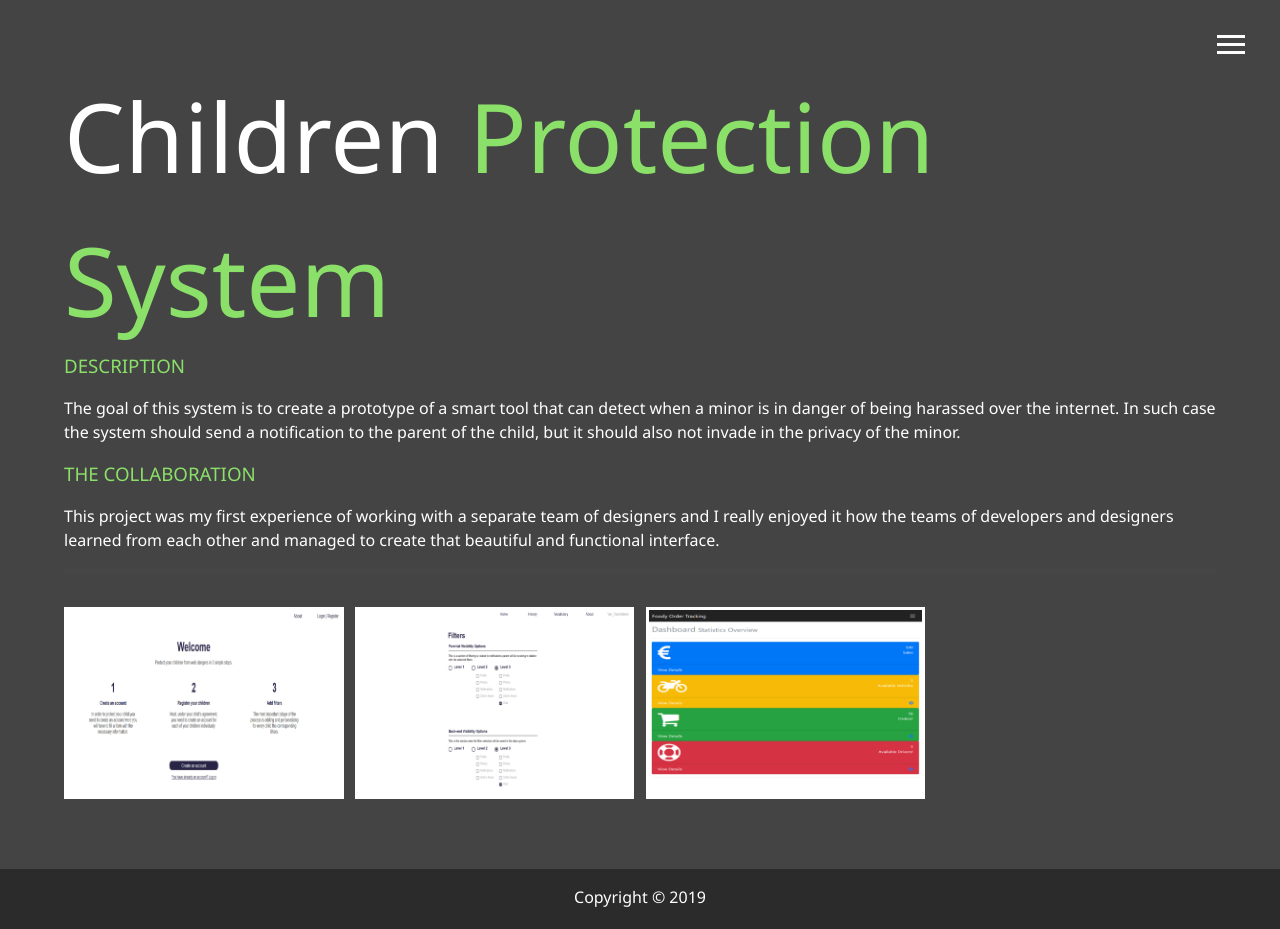
Repository: Preap/portfolio
Page: dist/projects/encase.html
The author's editor kept a copy of each file at every save. The page is drawn from the files as they stood at one save, then again after the next save.
The browser window is 1280 px wide. The pictures show the whole page.
Some web libraries are served in a nearby version.

Above is the page before, as saved 2019-06-06 02:21:49.

After the next save:
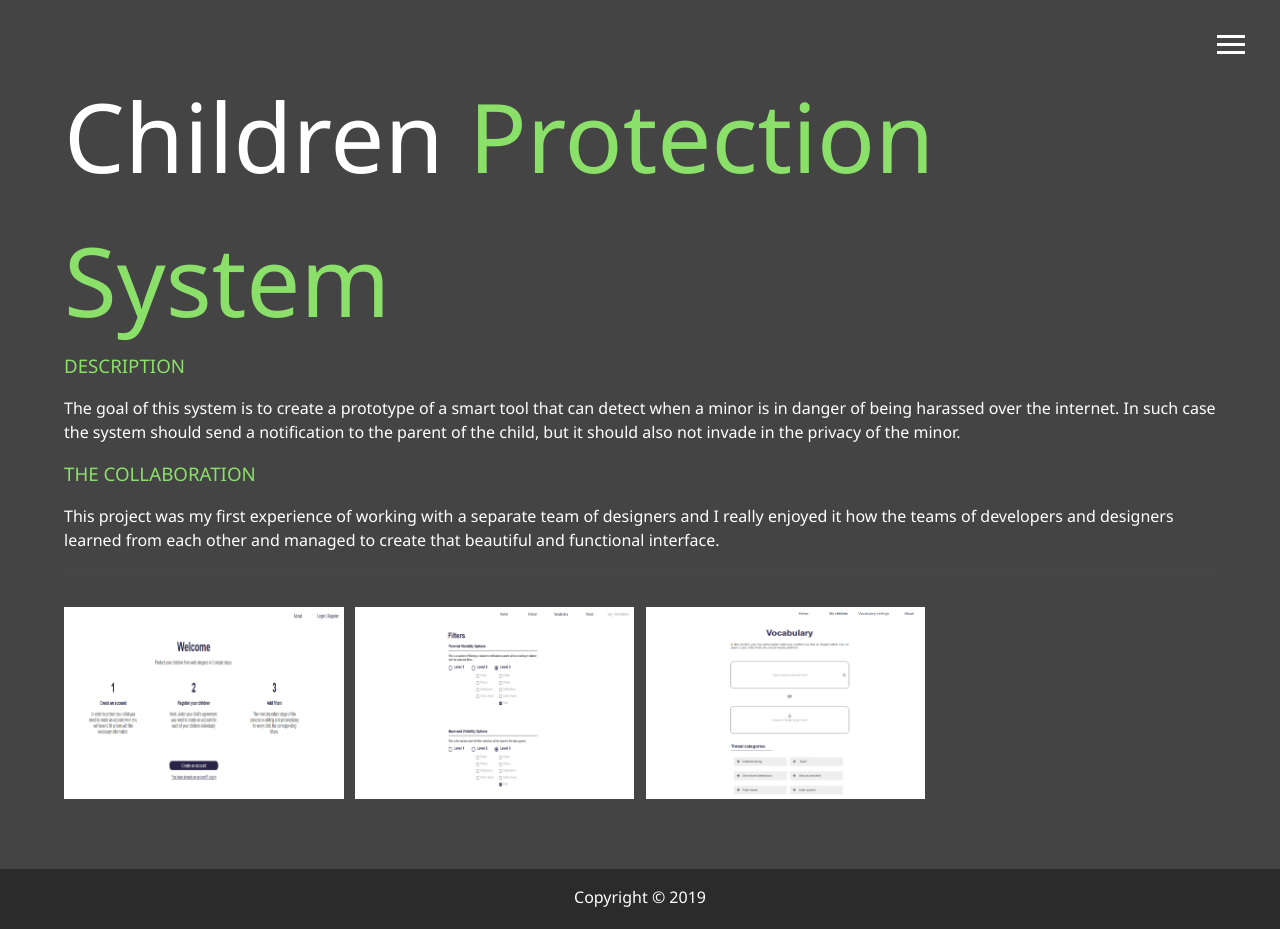
Saved 68 s later.
--- a/dist/projects/encase.html
+++ b/dist/projects/encase.html
@@ -72,7 +72,7 @@
         </div>
         <div class="item">
           <a href="#!">
-            <img src="../img/projects/ordertracking/iamge4.jpg" alt="encase_image" />
+            <img src="../img/projects/encase/image3.jpg" alt="encase_image" />
         </div>
       <br>
 
